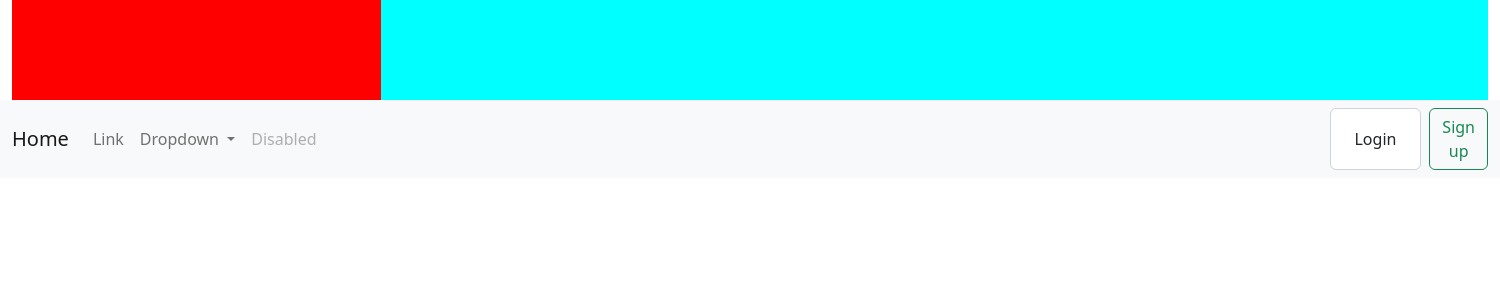
Repository: nguyenhung50497/MD2_bootstrap
Page: BT_giaoDienWeb/index.html
An editor plug-in stored every save of this project. The page is shown before and after the next save, followed by the edit.
The browser window is 1280 px wide. The page is 1500 px wide, so the pictures cover 1500 px, including what lies to the right of the window. The pictures show the whole page.

Above is the page before, as saved 2022-11-30 13:51:31.

After the next save:
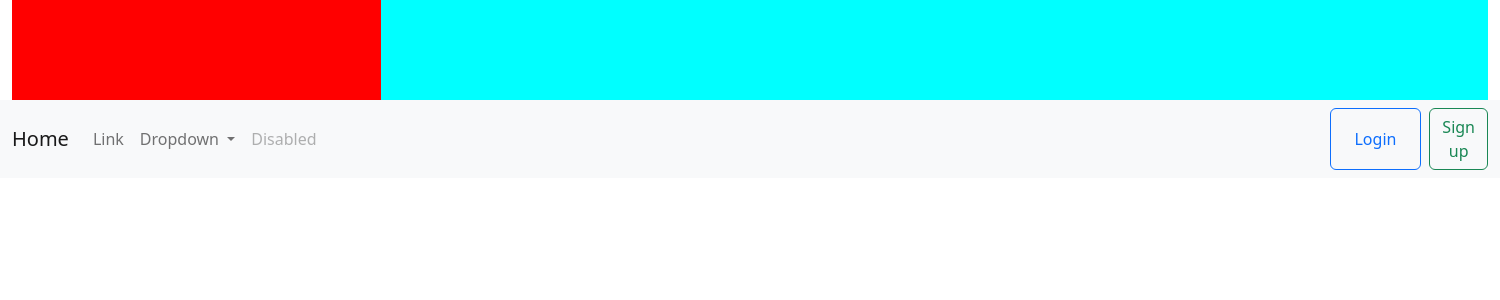
Saved 8 s later.
--- a/BT_giaoDienWeb/index.html
+++ b/BT_giaoDienWeb/index.html
@@ -56,7 +56,7 @@
               </li>
             </ul>
             <form class="d-flex" role="search">
-              <button class="form-control me-2 ">Login</button>
+              <button class="form-control me-2 btn btn-outline-primary">Login</button>
               <button class="btn btn-outline-success" type="submit">Sign up</button>
             </form>
           </div>
